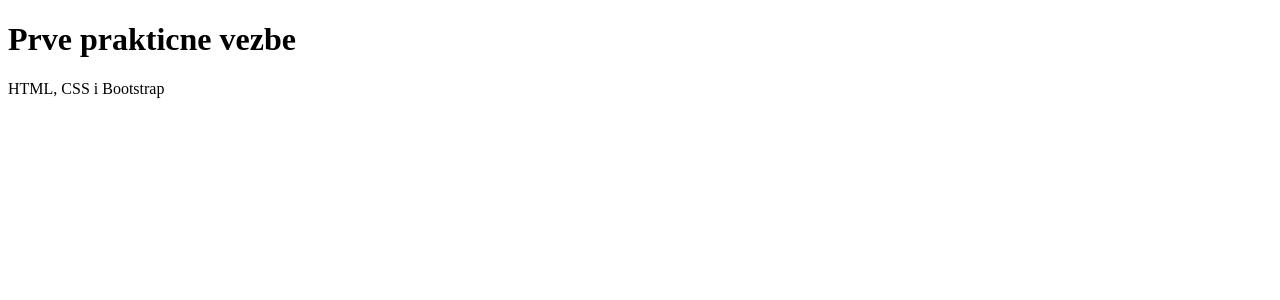
Repository: bojanludajic/Razvoj-Informacionih-Sistema
Page: Vezbe1/src/main/webapp/index.html
The author's editor kept a copy of each file at every save. The page is drawn from the files as they stood at one save, then again after the next save.
The browser window is 1280 px wide. The pictures show the whole page.

Above is the page before, as saved 2024-10-22 11:28:22.

After the next save:
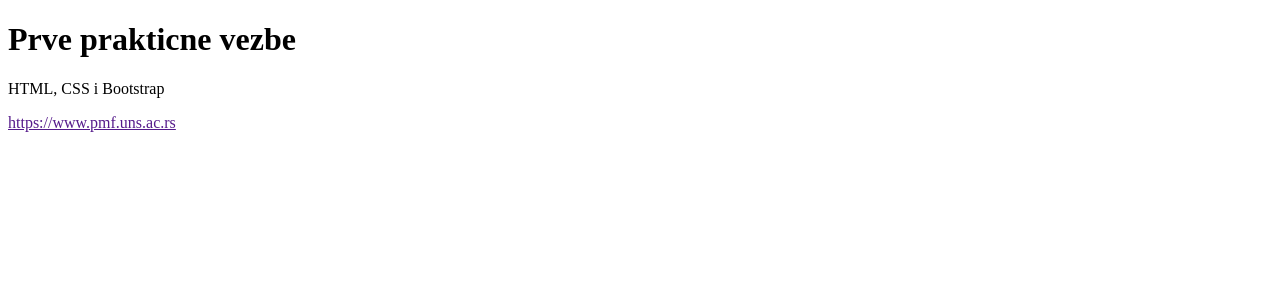
Saved 78 s later.
--- a/Vezbe1/src/main/webapp/index.html
+++ b/Vezbe1/src/main/webapp/index.html
@@ -7,5 +7,7 @@
 <body>
 <h1>Prve prakticne vezbe</h1>
 <p>HTML, CSS i Bootstrap</p>
+
+<a href>https://www.pmf.uns.ac.rs </a>
 </body>
 </html>
